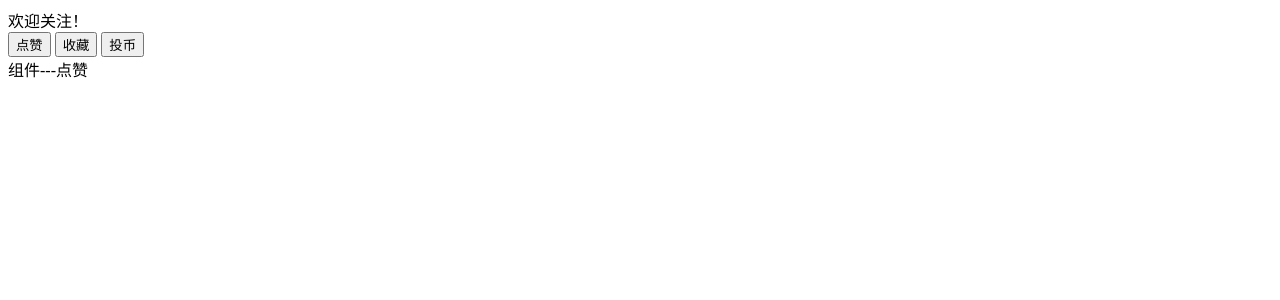
Repository: singerle/blibliShare
Page: shared/z/github/blibliShare/shared/vue的is动态切换组件.html
An editor plug-in stored every save of this project. The page is shown before and after the next save, followed by the edit.
The browser window is 1280 px wide. The pictures show the whole page.

Above is the page before, as saved 2023-11-03 23:29:21.

### shared/z/github/blibliShare/shared/vue的is动态切换组件.html
<!DOCTYPE html>
<html lang="zh-CN">

<head>
  <meta charset="UTF-8">
  <meta http-equiv="X-UA-Compatible" content="IE=edge">
  <meta name="viewport" content="width=device-width, initial-scale=1.0">
  <title>v-if和v-for优先级</title>
  <script src="./modules/vue.js"></script>
</head>

<body>
  <div id="app">
    <!-- <my-component/> -->
    <div>欢迎关注！</div>
    <input type="button" @click="changeComp(1)" value="点赞">
    <input type="button" @click="changeComp(2)" value="收藏">
    <input type="button" @click="changeComp(3)" value="投币">
    <component :is="content"></component>
  </div>
  <script >
    // 创建Vue组件对象
    var myComponent = Vue.component('my-component', {
      template: '<div>{{ message }}</div>',
      data: function () {
        return {
          message: '组件---点赞'
        };
      }
    });
    var myComponent1 = Vue.component('my-component', {
      template: '<div>{{ message }}</div>',
      data: function () {
        return {
          message: '组件---收藏'
        };
      }
    });
    var myComponent2 = Vue.component('my-component', {
      template: '<div>{{ message }}</div>',
      data: function () {
        return {
          message: '组件---关注'
        };
      }
    });
    let vm = new Vue({
      el: '#app',
      data () {
        return {
          content: myComponent
        }
      },
      methods:{
        changeComp(val){
          switch(val){
            case 1:
              this.content = myComponent;
              break;
            case 2:
              this.content = myComponent1;
              break;
            case 3:
              this.content = myComponent2;
              break;
          }
        }
      }
    })
  </script>
</body>

</html>

Loaded but not shown: shared/modules/vue.js (library)

After the next save:
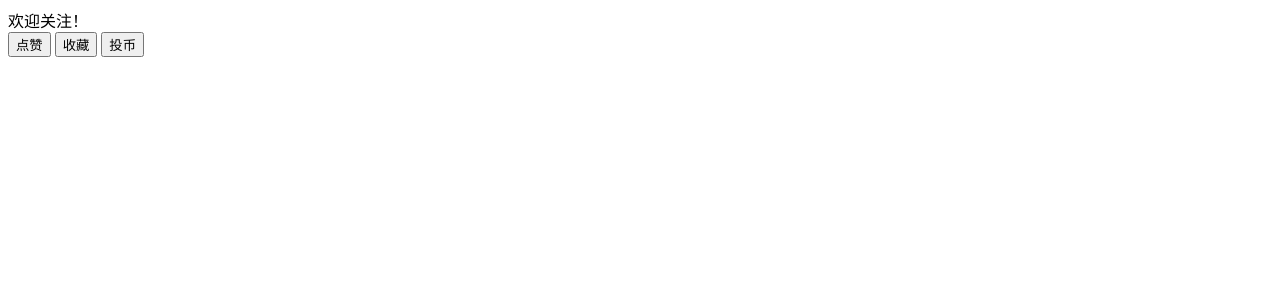
Console error: SyntaxError: Unexpected identifier 'vm'
Saved 2 min 5 s later.
--- a/shared/z/github/blibliShare/shared/vue的is动态切换组件.html
+++ b/shared/z/github/blibliShare/shared/vue的is动态切换组件.html
@@ -18,7 +18,7 @@
     <input type="button" @click="changeComp(3)" value="投币">
     <component :is="content"></component>
   </div>
-  <script >
+  <script>
     // 创建Vue组件对象
     var myComponent = Vue.component('my-component', {
       template: '<div>{{ message }}</div>',
@@ -36,37 +36,40 @@
         };
       }
     });
-    var myComponent2 = Vue.component('my-component', {
-      template: '<div>{{ message }}</div>',
-      data: function () {
-        return {
-          message: '组件---关注'
-        };
-      }
-    });
-    let vm = new Vue({
-      el: '#app',
-      data () {
-        return {
-          content: myComponent
-        }
-      },
-      methods:{
-        changeComp(val){
-          switch(val){
-            case 1:
-              this.content = myComponent;
-              break;
-            case 2:
-              this.content = myComponent1;
-              break;
-            case 3:
-              this.content = myComponent2;
-              break;
+    var myComponent2 =
+      let vm = new Vue({
+        el: '#app',
+        data () {
+          return {
+            content: myComponent
+          }
+        },
+        methods: {
+          changeComp (val) {
+            switch (val) {
+              case 1:
+                this.content = myComponent;
+                break;
+              case 2:
+                this.content = myComponent1;
+                break;
+              case 3:
+                this.content = myComponent2;
+                break;
+            }
+          },
+          setComponent () {
+            return Vue.component('my-component', {
+              template: '<div>{{ message }}</div>',
+              data: function () {
+                return {
+                  message: '组件---关注'
+                };
+              }
+            });
           }
         }
-      }
-    })
+      })
   </script>
 </body>
 
